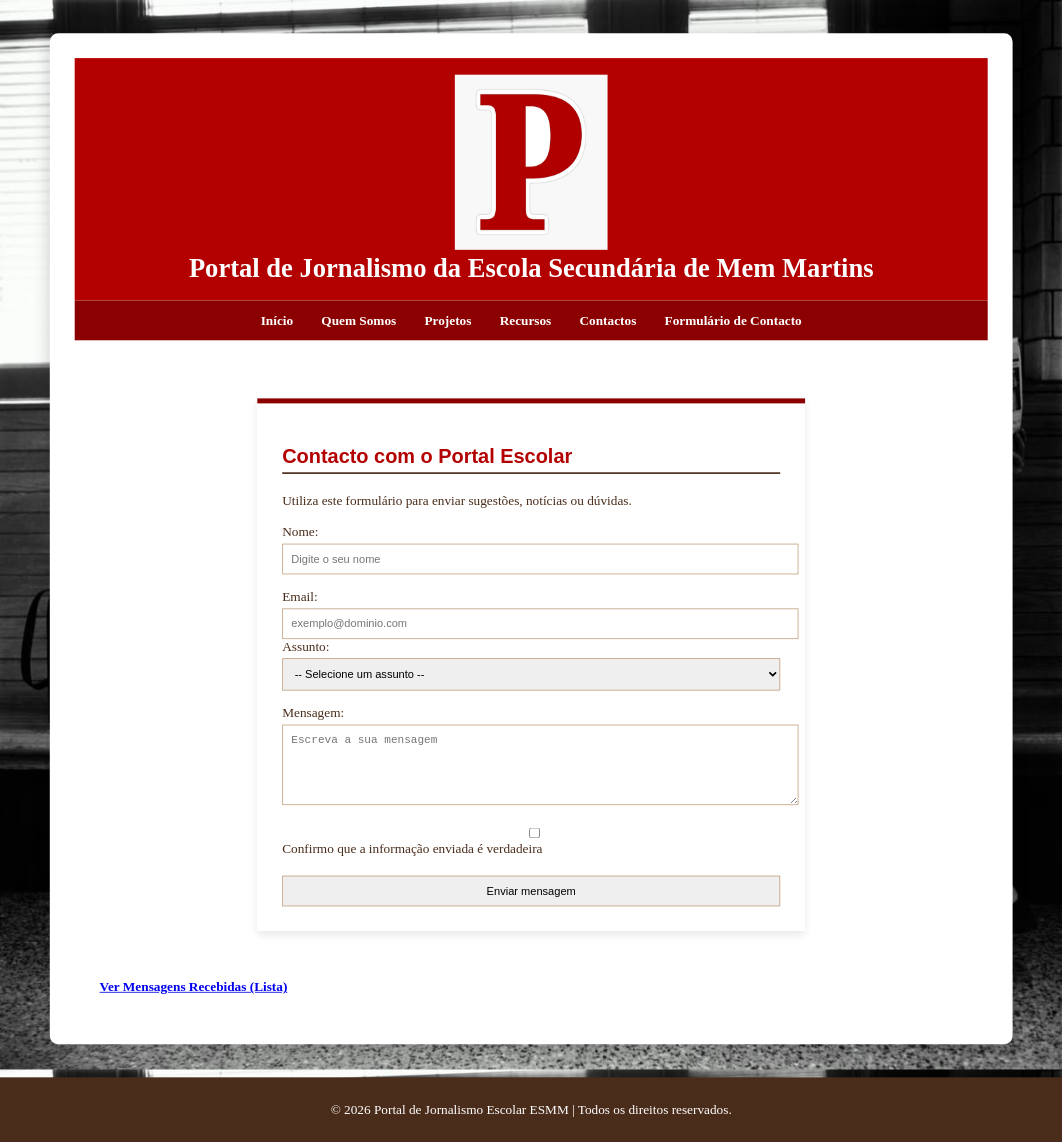
Repository: Sofiampsantos/Portal-de-Jornalismo-Escolar
Page: http://localhost/FormularioContacto/contato.jsp
The author's editor kept a copy of each file at every save. The page is drawn from the files as they stood at one save, then again after the next save.
The browser window is 1280 px wide. The pictures show the whole page, at 83% of full size.
Backgrounds fixed to the window are drawn as part of the page. Some web fonts or font styles are not loaded; a fallback is used. The page is served by Tomcat 10.

Above is the page before, as saved 2026-05-23 19:21:09.
Console error: TypeError: Cannot set properties of null (setting 'innerText')

After the next save:
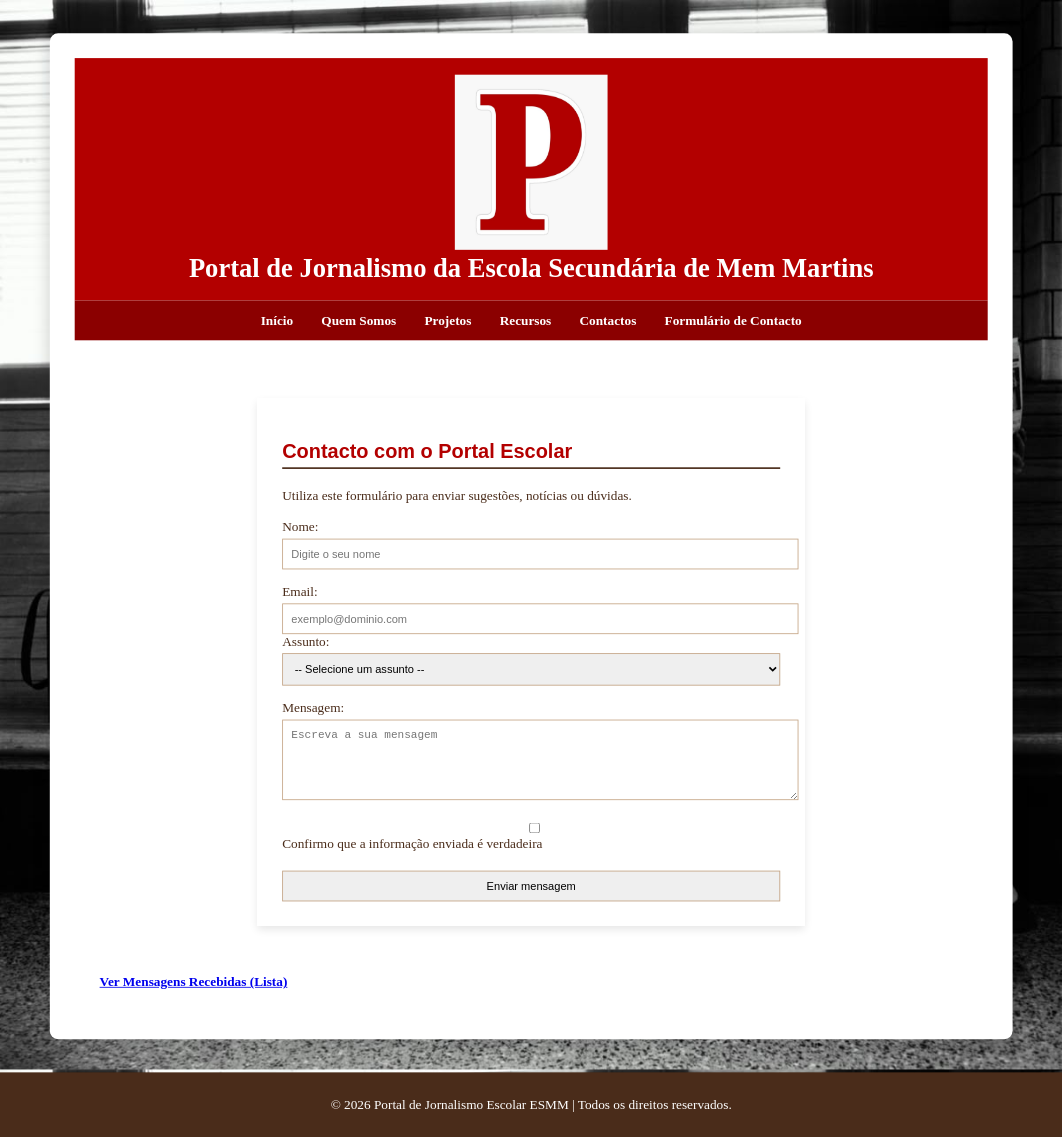
Saved 2 min 4 s later.
--- a/ProjetoProgV2/FormularioContacto/src/main/webapp/styles/estilo.css
+++ b/ProjetoProgV2/FormularioContacto/src/main/webapp/styles/estilo.css
@@ -115,7 +115,6 @@ form {
     max-width: 600px;
     margin: 40px auto;
     padding: 30px;
-    border-top: 6px solid #8B0000;
     box-shadow: 0 4px 10px rgba(0, 0, 0, 0.1);
 }
 
